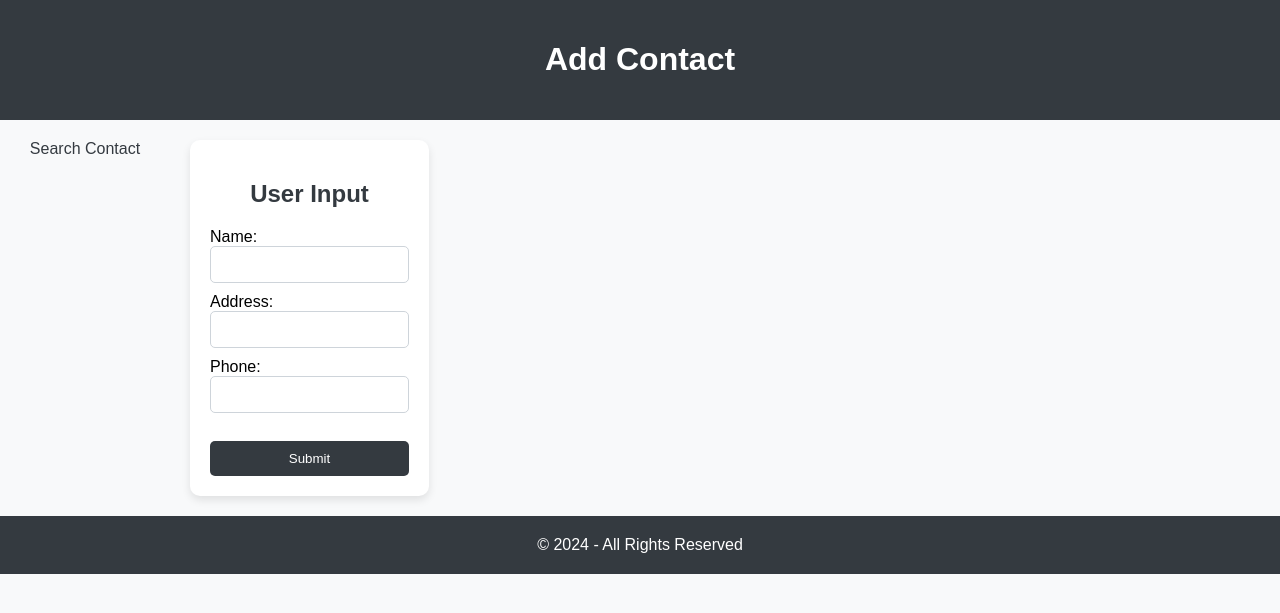
Repository: jonahnathan/techExercise
Page: webproject/src/main/webapp/simpleFormInsert.html
The author's editor kept a copy of each file at every save. The page is drawn from the files as they stood at one save, then again after the next save.
The browser window is 1280 px wide. The pictures show the whole page.

Above is the page before, as saved 2024-03-28 22:34:26.

### webproject/src/main/webapp/simpleFormInsert.html
<!DOCTYPE html>
<html lang="en">
<head>
    <meta charset="UTF-8">
    <meta name="viewport" content="width=device-width, initial-scale=1.0">
    <title>Add Contact</title>
    <style>
        body {
            font-family: Arial, sans-serif;
            margin: 0;
            padding: 0;
            background-color: #f8f9fa;
        }

        header {
            background-color: #343a40;
            color: white;
            text-align: center;
            padding: 20px;
        }

        nav {
            background-color: #f8f9fa;
            padding: 10px;
            width: 150px;
            float: left;
        }

        nav a {
            display: block;
            color: #343a40;
            text-decoration: none;
            padding: 10px 0;
            text-align: center;
        }

        nav a:hover {
            background-color: #e9ecef;
        }

        section {
            background-color: white;
            float: left;
            padding: 20px;
            margin: 20px;
            border-radius: 10px;
            box-shadow: 0 4px 8px 0 rgba(0,0,0,0.1);
        }

        section h1 {
            color: #343a40;
            margin-bottom: 20px;
            text-align: center;
        }

        form {
            max-width: 300px;
            margin: 0 auto;
        }

        input[type="text"] {
            width: 100%;
            padding: 10px;
            margin-bottom: 10px;
            border: 1px solid #ced4da;
            border-radius: 5px;
            box-sizing: border-box;
        }

        input[type="submit"] {
            width: 100%;
            padding: 10px;
            background-color: #343a40;
            color: white;
            border: none;
            border-radius: 5px;
            cursor: pointer;
        }

        input[type="submit"]:hover {
            background-color: #23272b;
        }

        footer {
            background-color: #343a40;
            color: white;
            clear: both;
            text-align: center;
            padding: 20px;
        }
    </style>
</head>
<body>

<header>
    <h1>Add Contact</h1>
</header>

<nav>
    <a href="/webproject/simpleFormSearch.html">Search Contact</a>
</nav>

<section>
    <h1>User Input</h1>
    <form action="SimpleFormInsert" method="POST">
        <label for="name">Name:</label><br>
        <input type="text" id="name" name="name"><br>
        <label for="address">Address:</label><br>
        <input type="text" id="address" name="address"><br>
        <label for="phone">Phone:</label><br>
        <input type="text" id="phone" name="phone"><br><br>
        <input type="submit" value="Submit">
    </form>
</section>

<footer>
    &copy; 2024 - All Rights Reserved
</footer>

</body>
</html>

After the next save:
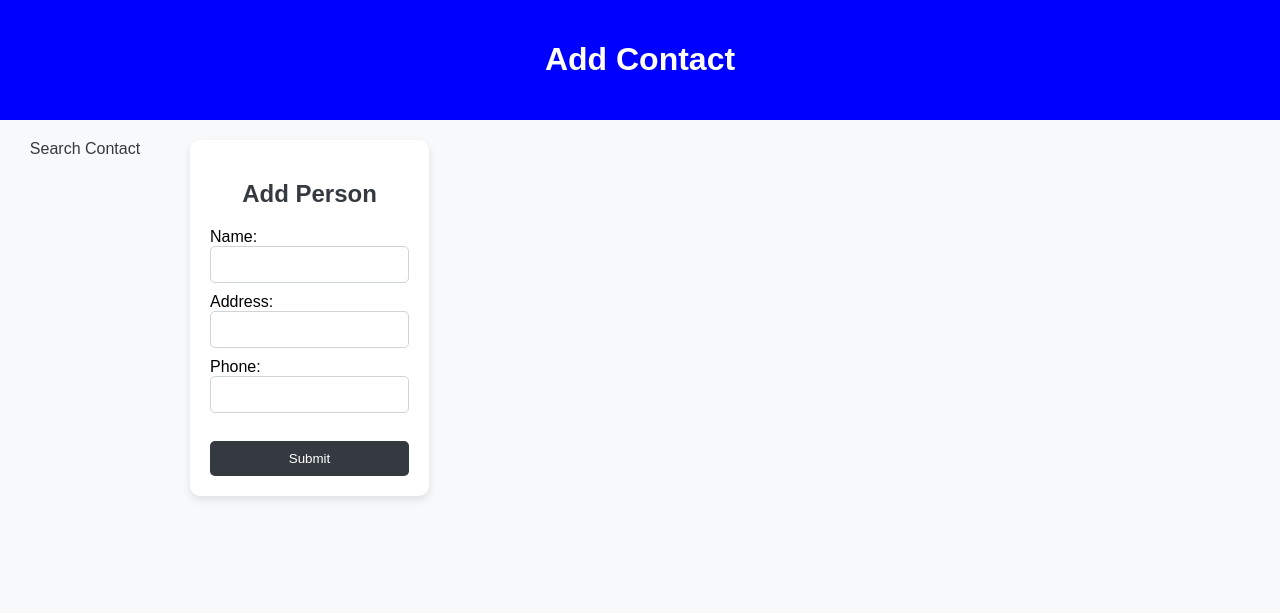
Saved 2 min 47 s later.
--- a/webproject/src/main/webapp/simpleFormInsert.html
+++ b/webproject/src/main/webapp/simpleFormInsert.html
@@ -13,7 +13,7 @@
         }
 
         header {
-            background-color: #343a40;
+            background-color: blue;
             color: white;
             text-align: center;
             padding: 20px;
@@ -101,7 +101,7 @@
 </nav>
 
 <section>
-    <h1>User Input</h1>
+    <h1>Add Person</h1>
     <form action="SimpleFormInsert" method="POST">
         <label for="name">Name:</label><br>
         <input type="text" id="name" name="name"><br>
@@ -113,9 +113,7 @@
     </form>
 </section>
 
-<footer>
-    &copy; 2024 - All Rights Reserved
-</footer>
+
 
 </body>
 </html>
